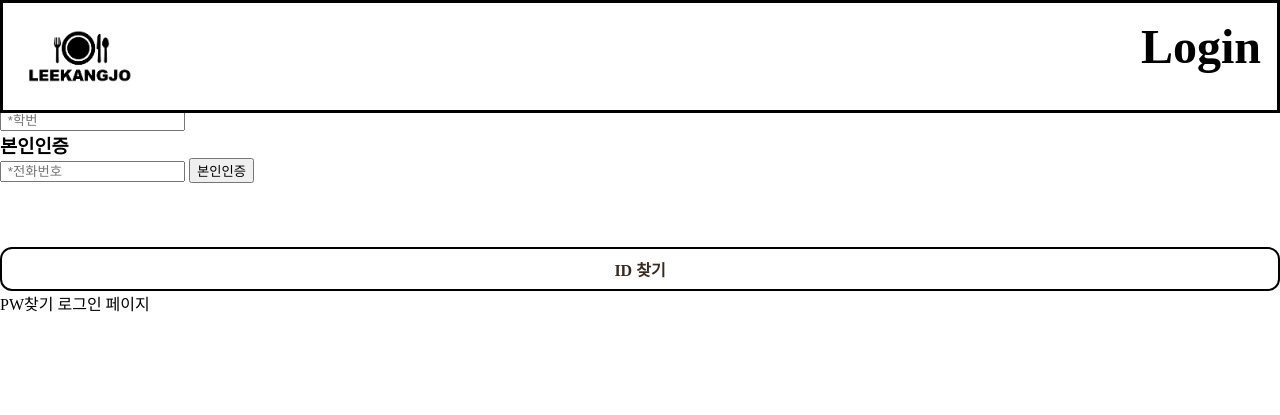
Repository: acredev/Restaurant_Management_System
Page: http://localhost/leekangjo/jsp/find_id/find_id.jsp
The author's editor kept a copy of each file at every save. The page is drawn from the files as they stood at one save, then again after the next save.
The browser window is 1280 px wide. The pictures show the whole page.
Some web fonts or font styles are not loaded; a fallback is used. The page is served by Tomcat 9.

Above is the page before, as saved 2023-04-20 16:28:19.

After the next save:
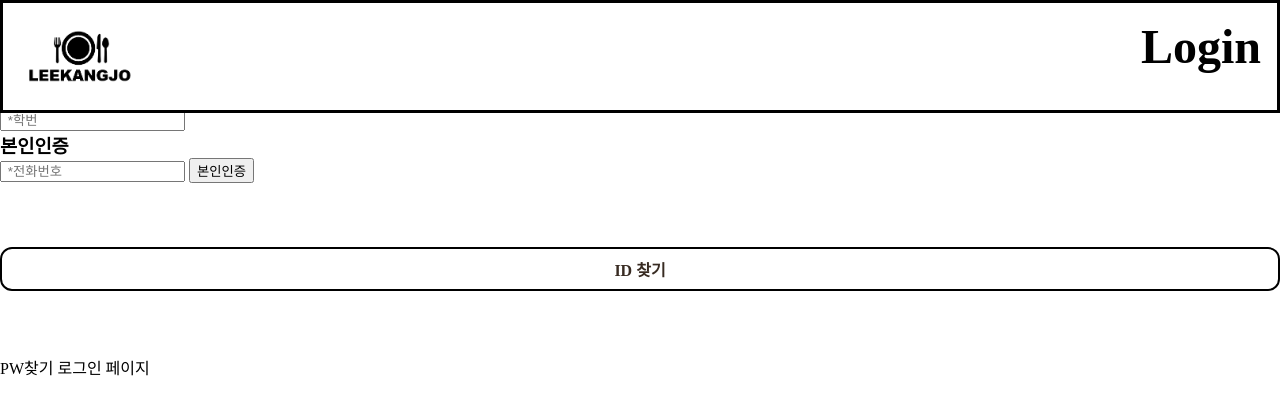
Saved 13 min 25 s later.
--- a/leekangjo/WebContent/css/LoginMain.css
+++ b/leekangjo/WebContent/css/LoginMain.css
@@ -1,11 +1,21 @@
 .outBox {margin:50px auto; padding:20px; max-width:320px; border:1px solid #999; border-radius:6px;}
 .outBox .inputBox {position:relative; height:50px;}
-.outBox .inputBox input[type="text"] {padding:0 10px; width:100%; height:50px; font-size:14px; box-sizing:border-box; border:1px solid #999; outline:none;}
+.outBox .inputBox input[type="text"] {padding:0 10px; width:100%; height:50px; font-size:14px; box-sizing:border-box; border:1px solid #999; outline:none; }
+
+.outBox .inputBox input[type="number"] {padding:0 10px; width:100%; height:50px; font-size:14px; box-sizing:border-box; border:1px solid #999; outline:none;}
+
 .outBox .inputBox label {position:absolute; left:0; bottom:0; padding:0 6px; color:#999; font-size:14px; font-weight:normal; background:#fff; transform:scale(1) translate(4px, -18px); transition:all .15s; pointer-events:none;}
+
 .outBox .inputBox input[type="text"]:focus,
 .outBox.existence .inputBox input[type="text"] {border:2px solid red;}
 .outBox .inputBox input[type="text"]:focus + label,
 .outBox.existence .inputBox label {color:red; transform:scale(.85) translate(-10px, -48px);}
+
+.outBox .inputBox input[type="number"]:focus,
+.outBox.existence .inputBox input[type="number"] {border:2px solid red;}
+.outBox .inputBox input[type="number"]:focus + label,
+.outBox.existence .inputBox label {color:red; transform:scale(.85) translate(-10px, -48px);}
+
 .boxtitle{
     text-align: center;
 }
@@ -18,4 +28,12 @@
 .tagbarBT{
     margin-top: 5%;
     width: 100%;
+    margin-bottom: 5%;
 }
+
+
+input::-webkit-outer-spin-button,
+input::-webkit-inner-spin-button {
+  -webkit-appearance: none;
+  margin: 0;
+}
